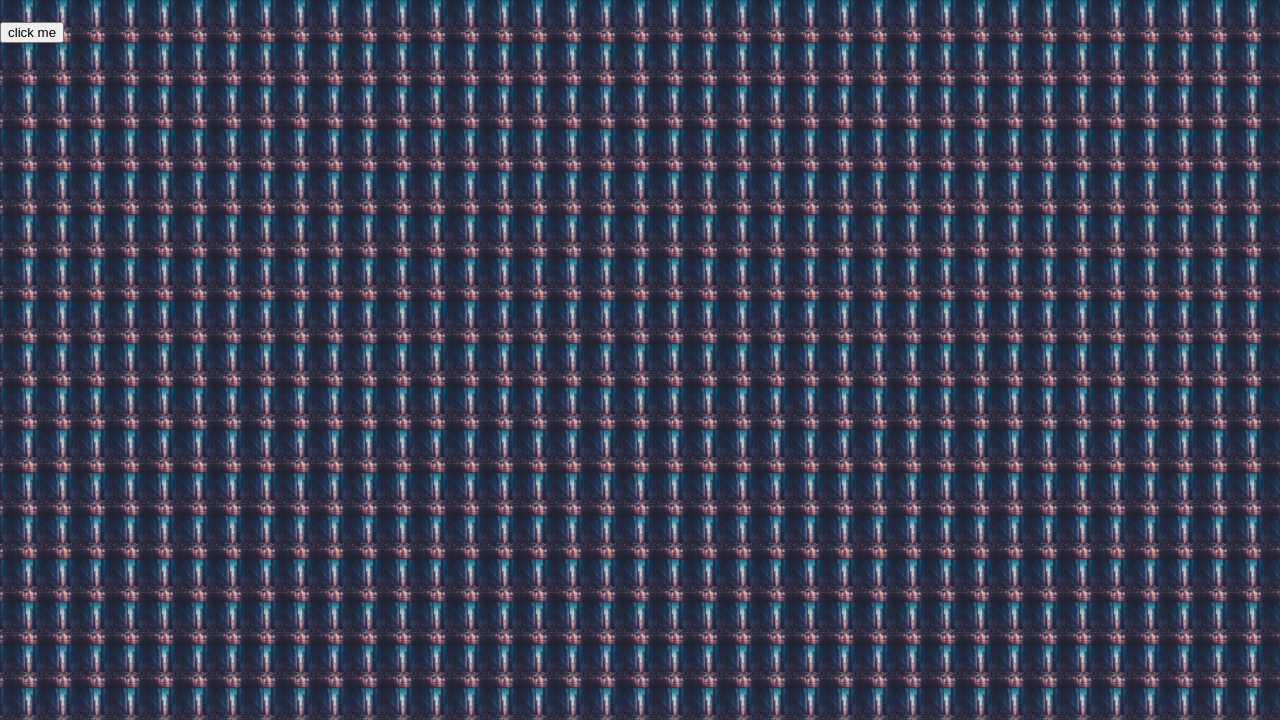
Repository: lamilekan263/random_advice
Page: /
The author's editor kept a copy of each file at every save. The page is drawn from the files as they stood at one save, then again after the next save.
The browser window is 1280 px wide. The pictures show the whole page.
The page's requests for data from a server got no answer. The project was rebuilt for these pictures with package versions that can differ from the ones it lists, and the page was loaded fresh each time. No one was signed in, and anything a server would have sent is missing.

Above is the page before, as saved 2020-08-10 14:11:49.

After the next save:
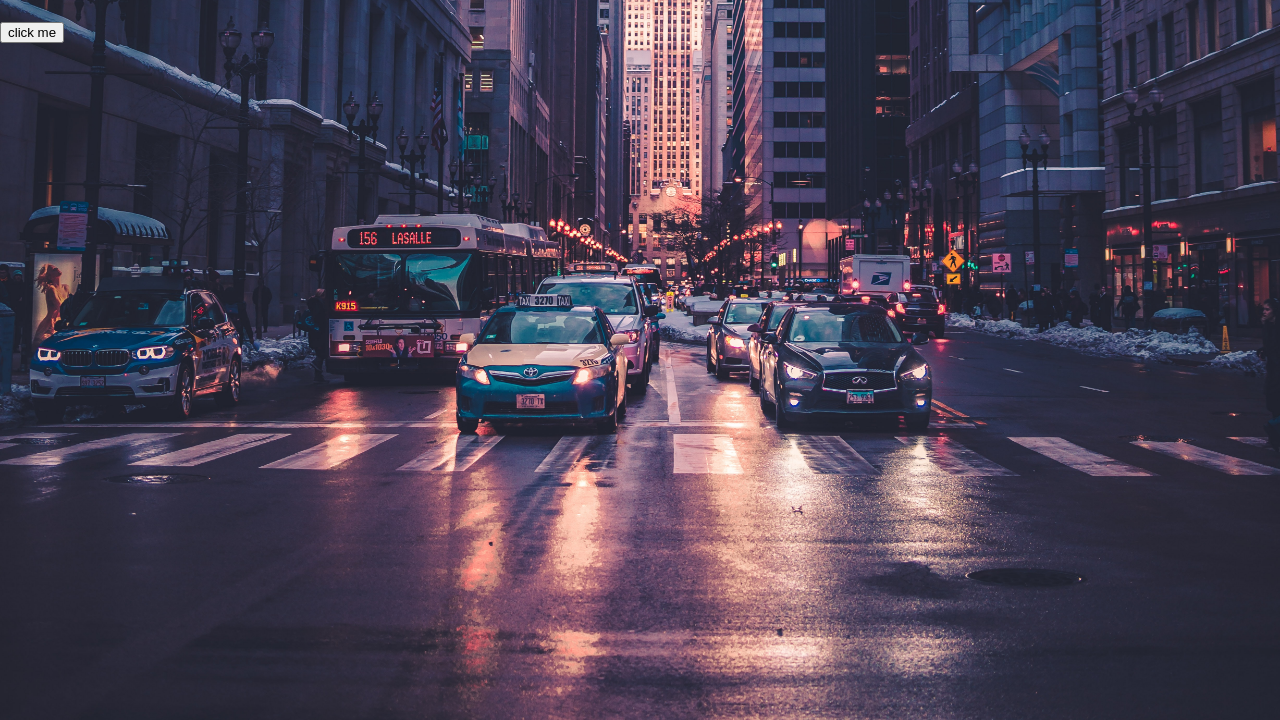
Saved 11 s later.
--- a/src/App.css
+++ b/src/App.css
@@ -2,6 +2,6 @@ body{
   margin:0;
   padding: 0;
   background-image: url('./bg.jpg');
-  background-size: contain;
+  background-size: cover;
   background-position: center;
 }
